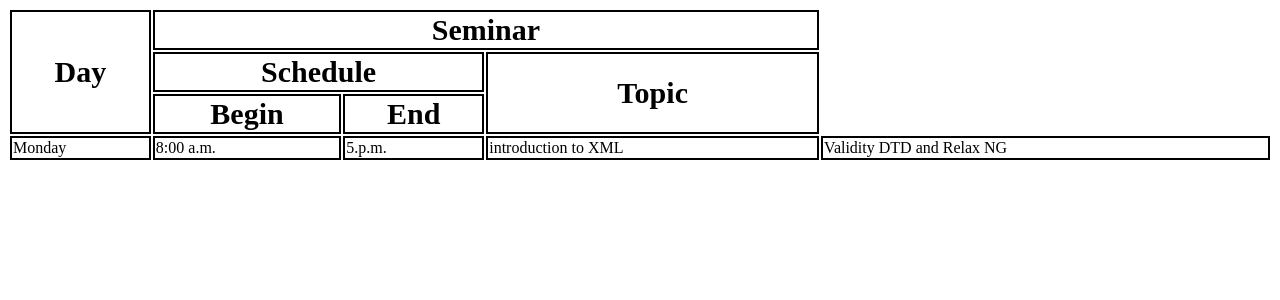
Repository: pratixa-chauhan/practice
Page: schedule.html
An editor plug-in stored every save of this project. The page is shown before and after the next save, followed by the edit.
The browser window is 1280 px wide. The pictures show the whole page.

Above is the page before, as saved 2021-12-20 14:30:44.

After the next save:
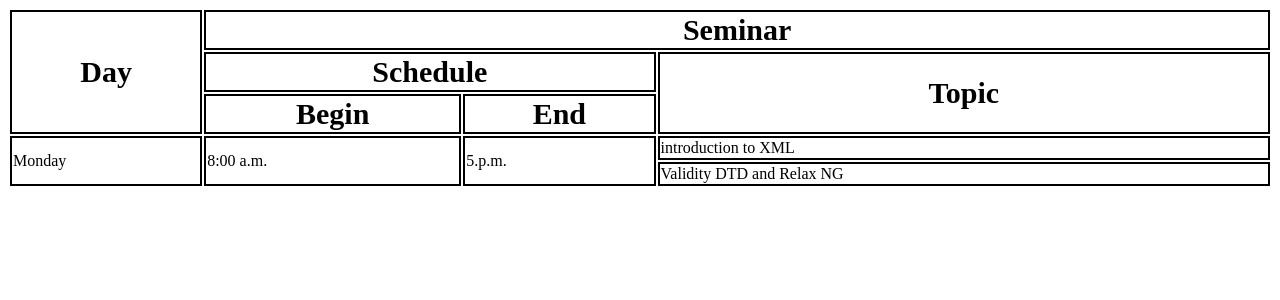
Saved 58 s later.
--- a/schedule.html
+++ b/schedule.html
@@ -29,10 +29,11 @@
 
 
             </th>
-            <td rowspan="2">Monday</td>
+            <tr>            <td rowspan="2">Monday</td>
             <td rowspan="2">8:00 a.m.</td>
             <td rowspan="2">5.p.m.</td>
             <td>introduction to XML</td>
+            </tr>
             <td>Validity DTD and Relax NG</td>
 
         </table>
